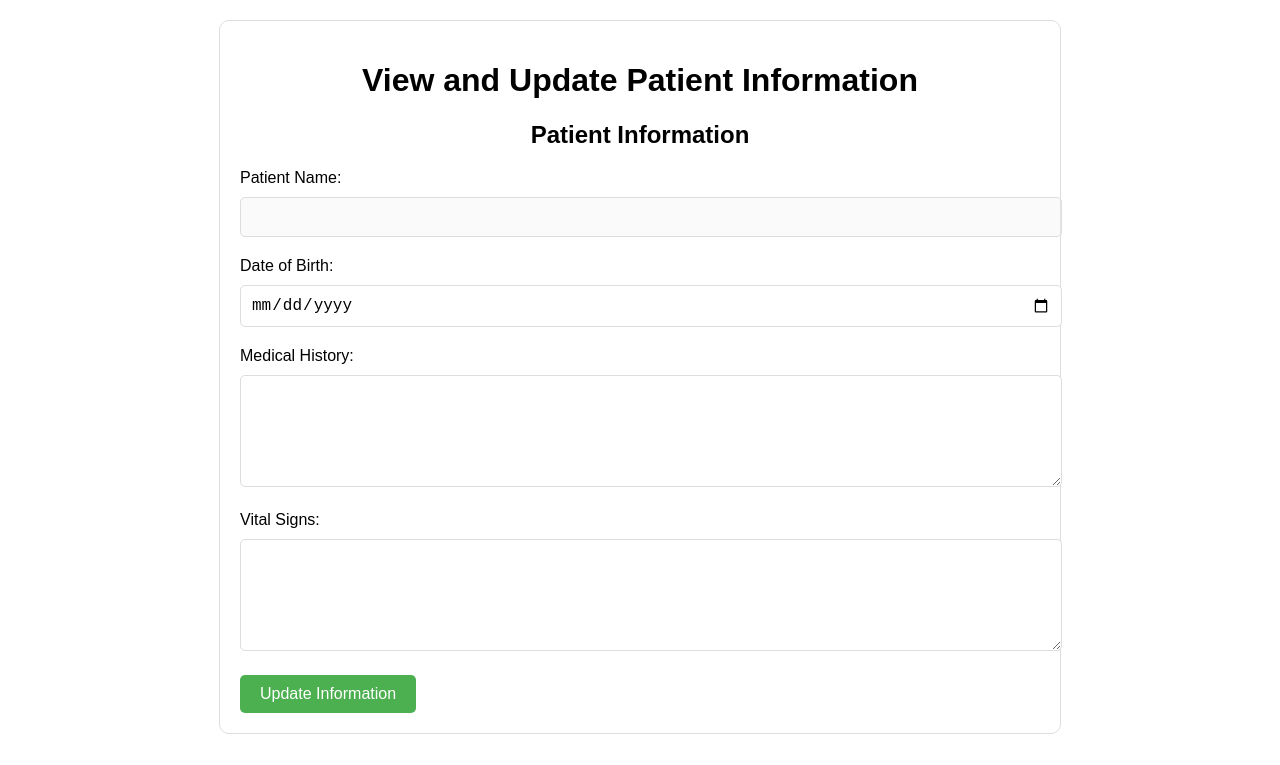
Repository: jaytriggz/Hospital-Management-System
Page: public/view_update_patient_info.html
The author's editor kept a copy of each file at every save. The page is drawn from the files as they stood at one save, then again after the next save.
The browser window is 1280 px wide. The pictures show the whole page.
The page's requests for data from a server got no answer.

Above is the page before, as saved 2024-07-15 20:45:35.

### public/view_update_patient_info.html
<!DOCTYPE html>
<html lang="en">
<head>
    <meta charset="UTF-8">
    <title>View and Update Patient Information</title>
    <style>
        body {
            font-family: Arial, sans-serif;
            margin: 20px;
        }
        .container {
            max-width: 800px;
            margin: 0 auto;
            padding: 20px;
            border: 1px solid #ddd;
            border-radius: 10px;
        }
        h1, h2 {
            text-align: center;
        }
        label {
            display: block;
            margin-bottom: 10px;
        }
        input[type="text"], input[type="date"], textarea {
            width: 100%;
            padding: 10px;
            margin-bottom: 20px;
            border: 1px solid #ddd;
            border-radius: 5px;
            font-size: 16px;
        }
        button {
            padding: 10px 20px;
            background-color: #4CAF50;
            color: white;
            border: none;
            border-radius: 5px;
            cursor: pointer;
            font-size: 16px;
        }
        button:hover {
            background-color: #45a049;
        }
    </style>
</head>
<body>
    <div class="container">
        <h1>View and Update Patient Information</h1>

        <h2>Patient Information</h2>
        <form id="patientInfoForm">
            <label for="patientName">Patient Name:</label>
            <input type="text" id="patientName" name="patientName" disabled><br>

            <label for="dob">Date of Birth:</label>
            <input type="date" id="dob" name="dob"><br>

            <label for="history">Medical History:</label>
            <textarea id="history" name="history" rows="5"></textarea><br>

            <label for="vitalSigns">Vital Signs:</label>
            <textarea id="vitalSigns" name="vitalSigns" rows="5"></textarea><br>

            <button type="submit">Update Information</button>
        </form>
    </div>

    <script>
        const patientId = '668a003ffdb0e7bb34f72cb0';

        document.addEventListener('DOMContentLoaded', function() {
            fetch(`/api/patients/${patientId}`)
                .then(response => response.json())
                .then(patient => {
                    document.getElementById('patientName').value = patient.name;
                    document.getElementById('dob').value = patient.dateOfBirth ? new Date(patient.dateOfBirth).toISOString().split('T')[0] : ''; // Format to YYYY-MM-DD
                    document.getElementById('history').value = patient.medicalHistory;
                    document.getElementById('vitalSigns').value = patient.vitalSigns; // assuming it's a string
                })
                .catch(error => {
                    console.error('Error:', error);
                });
        });

        document.getElementById('patientInfoForm').addEventListener('submit', function(event) {
            event.preventDefault();

            const updatedData = {
                dateOfBirth: document.getElementById('dob').value,
                medicalHistory: document.getElementById('history').value,
                vitalSigns: document.getElementById('vitalSigns').value // assuming it's a string
            };

            fetch(`/api/patients/${patientId}`, {
                method: 'PUT',
                headers: {
                    'Content-Type': 'application/json'
                },
                body: JSON.stringify(updatedData)
            })
            .then(response => response.json())
            .then(data => {
                alert('Patient information updated successfully!');
            })
            .catch(error => {
                console.error('Error:', error);
            });
        });
    </script>
</body>
</html>

After the next save:
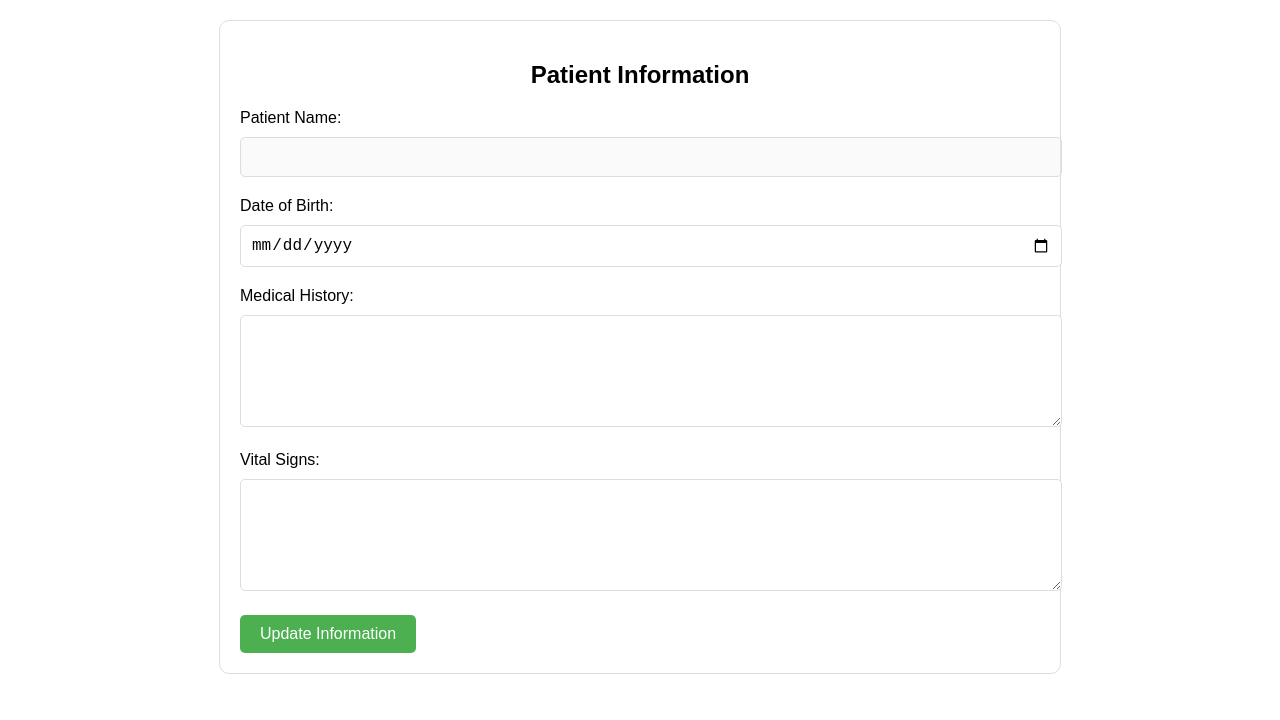
Saved 2 min 59 s later.
--- a/public/view_update_patient_info.html
+++ b/public/view_update_patient_info.html
@@ -46,7 +46,7 @@
 </head>
 <body>
     <div class="container">
-        <h1>View and Update Patient Information</h1>
+
 
         <h2>Patient Information</h2>
         <form id="patientInfoForm">
